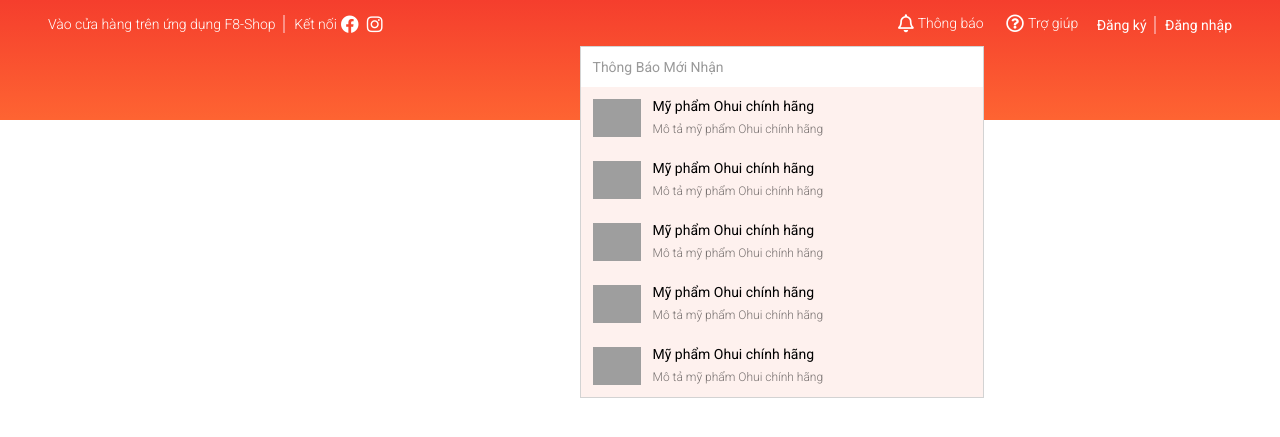
Repository: vanntrong/F8-Shop
Page: index.html
An editor plug-in stored every save of this project. The page is shown before and after the next save, followed by the edit.
The browser window is 1280 px wide. The pictures show the whole page.
The pointer rests on the first visible `.header__notify-item`.
Pictures or frames that could not be fetched are drawn as grey boxes.

Above is the page before, as saved 2021-09-01 18:26:39.

### index.html
<!DOCTYPE html>
<html lang="en">
  <head>
    <meta charset="UTF-8" />
    <meta http-equiv="X-UA-Compatible" content="IE=edge" />
    <meta name="viewport" content="width=device-width, initial-scale=1.0" />
    <title>Document</title>
    <link rel="stylesheet" href="./assets/css/reset.css" />
    <link rel="stylesheet" href="./assets/css/base.css" />
    <link rel="stylesheet" href="./assets/css/main.css" />
    <link href="https://fonts.googleapis.com/css2?family=Roboto:wght@300;400;500;700&display=swap" rel="stylesheet" />
    <link
      rel="stylesheet"
      href="./assets/fonts/fontawesome-free-5.15.4-web/fontawesome-free-5.15.4-web/css/all.min.css"
    />
  </head>
  <body>
    <div class="app">
      <header class="header">
        <div class="grid">
          <nav class="header__navbar">
            <ul class="header__navbar-list">
              <li class="header__navbar-item header__navbar-item--has-qr header__navbar-item--separate">
                Vào cửa hàng trên ứng dụng F8-Shop
                <div class="header__qr">
                  <img src="./assets/img/QR_code.png" alt="QR code" class="header__qr-img" />
                  <div class="header__qr-apps">
                    <a href="" class="header__qr-link">
                      <img src="./assets/img/google_play.png" alt="GooglePlay" class="header__qr-download-img" />
                    </a>
                    <a href="" class="header__qr-link">
                      <img src="./assets/img/app_store.png" alt="AppStore" class="header__qr-download-img" />
                    </a>
                  </div>
                </div>
              </li>
              <li class="header__navbar-item">
                <span class="header__navbar-item--no-pointer"> Kết nối </span>
                <a href="#" class="header__navbar-icon-link">
                  <i class="header__navbar-icon fab fa-facebook"></i>
                </a>
                <a href="#" class="header__navbar-icon-link">
                  <i class="header__navbar-icon fab fab fa-instagram"></i>
                </a>
              </li>
            </ul>

            <ul class="header__navbar-list">
              <li class="header__navbar-item">
                <a href="#" class="header__navbar-item-link">
                  <i class="header__navbar-icon far fa-bell"></i>
                  Thông báo
                </a>
                <div class="header__notify">
                  <header class="header__notify-header">
                    <h3>Thông Báo Mới Nhận</h3>
                  </header>
                  <ul class="header__notify-list">
                    <li class="header__notify-item header__notify-item--viewed">
                      <a href="#" class="header__notify-link">
                        <img
                          src="https://cf.shopee.vn/file/70488a103a5ecdbf5889822acd19ef14"
                          alt=""
                          class="header__notify-img"
                        />
                        <div class="header__notify-info">
                          <span class="header__notify-name"> Mỹ phẩm Ohui chính hãng </span>
                          <span class="header__notify-desc"> Mô tả mỹ phẩm Ohui chính hãng </span>
                        </div>
                      </a>
                    </li>
                    <li class="header__notify-item header__notify-item--viewed">
                      <a href="#" class="header__notify-link">
                        <img
                          src="https://cf.shopee.vn/file/70488a103a5ecdbf5889822acd19ef14"
                          alt=""
                          class="header__notify-img"
                        />
                        <div class="header__notify-info">
                          <span class="header__notify-name"> Mỹ phẩm Ohui chính hãng </span>
                          <span class="header__notify-desc"> Mô tả mỹ phẩm Ohui chính hãng </span>
                        </div>
                      </a>
                    </li>
                    <li class="header__notify-item header__notify-item--viewed">
                      <a href="#" class="header__notify-link">
                        <img
                          src="https://cf.shopee.vn/file/70488a103a5ecdbf5889822acd19ef14"
                          alt=""
                          class="header__notify-img"
                        />
                        <div class="header__notify-info">
                          <span class="header__notify-name"> Mỹ phẩm Ohui chính hãng </span>
                          <span class="header__notify-desc"> Mô tả mỹ phẩm Ohui chính hãng </span>
                        </div>
                      </a>
                    </li>
                    <li class="header__notify-item header__notify-item--viewed">
                      <a href="#" class="header__notify-link">
                        <img
                          src="https://cf.shopee.vn/file/70488a103a5ecdbf5889822acd19ef14"
                          alt=""
                          class="header__notify-img"
                        />
                        <div class="header__notify-info">
                          <span class="header__notify-name"> Mỹ phẩm Ohui chính hãng </span>
                          <span class="header__notify-desc"> Mô tả mỹ phẩm Ohui chính hãng </span>
                        </div>
                      </a>
                    </li>
                    <li class="header__notify-item header__notify-item--viewed">
                      <a href="#" class="header__notify-link">
                        <img
                          src="https://cf.shopee.vn/file/70488a103a5ecdbf5889822acd19ef14"
                          alt=""
                          class="header__notify-img"
                        />
                        <div class="header__notify-info">
                          <span class="header__notify-name"> Mỹ phẩm Ohui chính hãng </span>
                          <span class="header__notify-desc"> Mô tả mỹ phẩm Ohui chính hãng </span>
                        </div>
                      </a>
                    </li>
                  </ul>
                </div>
              </li>
              <li class="header__navbar-item">
                <a href="#" class="header__navbar-item-link">
                  <i class="header__navbar-icon far fa-question-circle"></i>
                  Trợ giúp
                </a>
              </li>
              <li class="header__navbar-item header__navbar-item--strong header__navbar-item--separate">Đăng ký</li>
              <li class="header__navbar-item header__navbar-item--strong">Đăng nhập</li>
            </ul>
          </nav>
        </div>
      </header>

      <div class="container"></div>

      <footer class="footer"></footer>
    </div>
  </body>
</html>

### assets/css/base.css
:root {
  --white-color: #fff;
  --black-color: #000;
  --text-color: #333;
  --primary-color: #ee4d2d;
}

* {
  box-sizing: inherit;
}

html {
  font-size: 62.5%;
  line-height: 1.6rem;
  font-family: "Roboto", sans-serif;
  box-sizing: border-box;
}

.grid {
  width: 1200px;
  max-width: 100%;
  margin: 0 auto;
}

.grid__full-width {
  width: 100%;
}

.grid__row {
  display: flex;
  flex-wrap: wrap;
}

/* animation */
@keyframes faceIn {
  from {
    opacity: 0;
  }
  to {
    opacity: 1;
  }
}

### assets/css/main.css
.header {
  height: 12rem;
  background-image: linear-gradient(0, #fe6432, #f53e2d);
}

.header__navbar {
  display: flex;
  align-items: center;
  justify-content: space-between;
}

.header__navbar-list {
  list-style: none;
}

.header__navbar-item {
  min-height: 2.6rem;
  margin: 1rem 0.8rem 0;
  position: relative;
}

.header__navbar-item,
.header__navbar-item-link {
  display: inline-block;
  font-size: 1.4rem;
  color: var(--white-color);
  text-decoration: none;
  font-weight: 300;
}

.header__navbar-item,
.header__navbar-item-link,
.header__navbar-icon-link {
  display: inline-flex;
  align-items: center;
}

.header__navbar-item:hover,
.header__navbar-icon-link:hover,
.header__navbar-item-link:hover {
  cursor: pointer;
  color: rgba(255, 255, 255, 0.7);
}

.header__navbar-item--strong {
  font-weight: 400;
}

.header__navbar-item--separate::after {
  content: "";
  display: block;
  position: absolute;
  border: 1px solid #fb9086;
  height: 1.6rem;
  right: -0.9rem;
  top: 50%;
  transform: translateY(-50%);
}

.header__navbar-icon-link {
  color: var(--white-color);
  text-decoration: none;
}

.header__navbar-icon {
  font-size: 1.8rem;
  margin: 0 0.4rem;
}

.header__navbar-item--no-pointer {
  cursor: text;
  color: var(--white-color);
}

/* header QR code */
.header__qr {
  width: 18.6rem;
  background-color: var(--white-color);
  position: absolute;
  left: 0;
  top: 140%;
  border-radius: 2px;
  display: none;
  animation: faceIn ease-in 0.25s;
}

.header__qr::before {
  position: absolute;
  left: 0;
  top: -1.6rem;
  width: 100%;
  height: 2rem;
  content: "";
  display: block;
}

.header__navbar-item--has-qr:hover .header__qr {
  display: block;
}
.header__qr-img {
  width: 100%;
}
.header__qr-apps {
  display: flex;
  justify-content: space-between;
  flex-wrap: wrap;
  margin: 0 1rem;
}
.header__qr-download-img {
  height: 1.6rem;
}

/* header notification */
.header__notify {
  position: absolute;
  top: 140%;
  right: 0;
  width: 40.4rem;
  border: 1px solid #d3d3d3;
  background-color: var(--white-color);
}
.header__notify-header {
  height: 4rem;
  background-color: var(--white-color);
}
.header__notify-header h3 {
  color: #999;
  margin: 0 0 0 12px;
  font-weight: 400;
  font-size: 1.4rem;
  line-height: 40px;
}
.header__notify-list {
  padding-left: 0;
}
.header__notify-item {
}

.header__notify-item--viewed {
  background-color: rgba(238, 77, 45, 0.08);
}
.header__notify-link {
  width: 100%;
  display: flex;
  padding: 12px;
  text-decoration: none;
}
.header__notify-img {
  width: 48px;
}
.header__notify-info {
  margin-left: 12px;
}
.header__notify-name {
  display: block;
  font-size: 1.4rem;
  color: var(--black-color);
  font-weight: 400;
}
.header__notify-desc {
  margin-top: 8px;
  display: block;
  font-size: 1.2rem;
  line-height: 1.6rem;
  color: #756f6e;
}

Loaded but not shown: assets/css/reset.css (common file); assets/fonts/fontawesome-free-5.15.4-web/fontawesome-free-5.15.4-web/css/all.min.css (library)

After the next save:
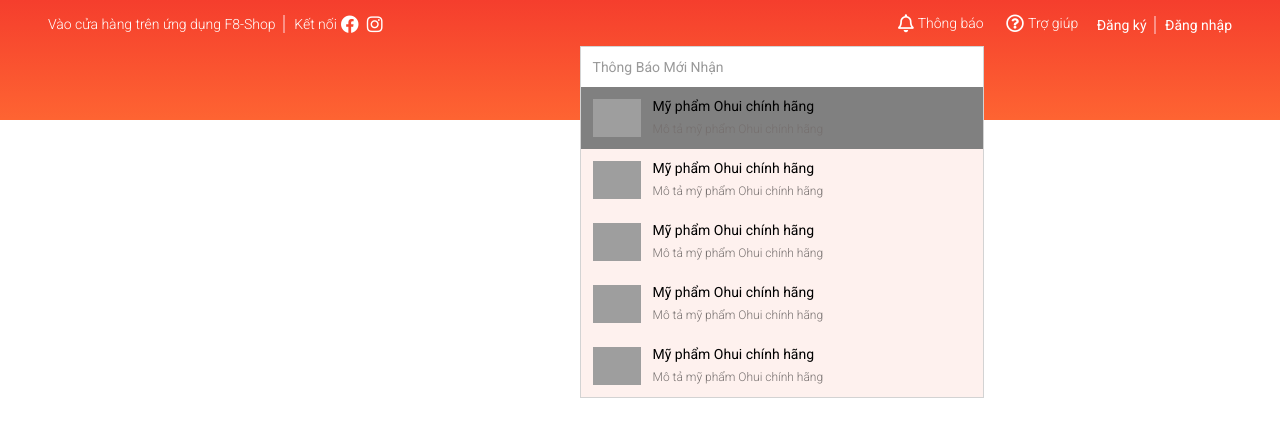
Saved 69 s later.
--- a/assets/css/main.css
+++ b/assets/css/main.css
@@ -139,6 +139,9 @@
 .header__notify-item--viewed {
   background-color: rgba(238, 77, 45, 0.08);
 }
+.header__notify-item:hover {
+  background-color: gray;
+}
 .header__notify-link {
   width: 100%;
   display: flex;
